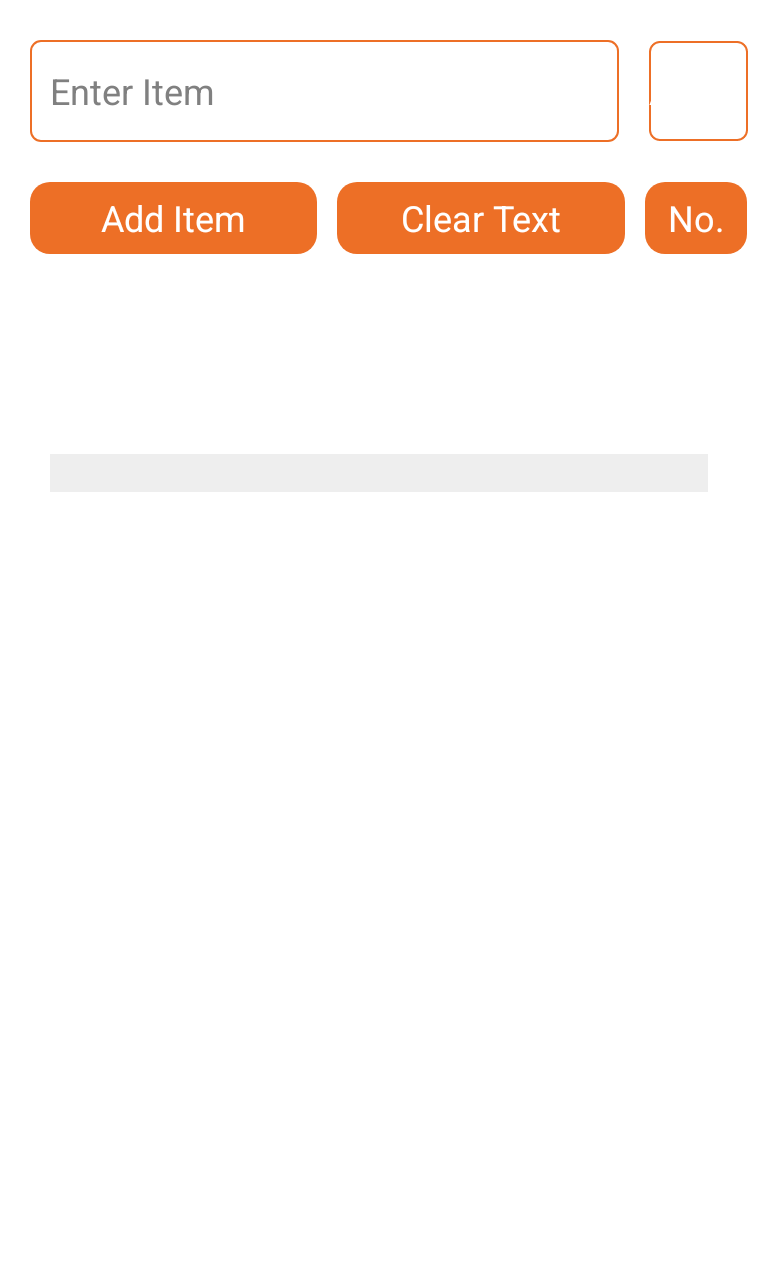
Repository: ianDervan/FYP_ShopSmart
Layout: FYP/ShopSmart/res/layout/activity_shopping_list.xml
These files come from the project's save history. The layout is drawn as it stood at one moment and after the next save; the edit follows.
It is drawn on a 768 x 1280 px phone screen (xhdpi) without system bars, with theme AppTheme; the app's code is not run.

Above is the layout before, as saved 2015-01-16 21:11:08.

After the next save:
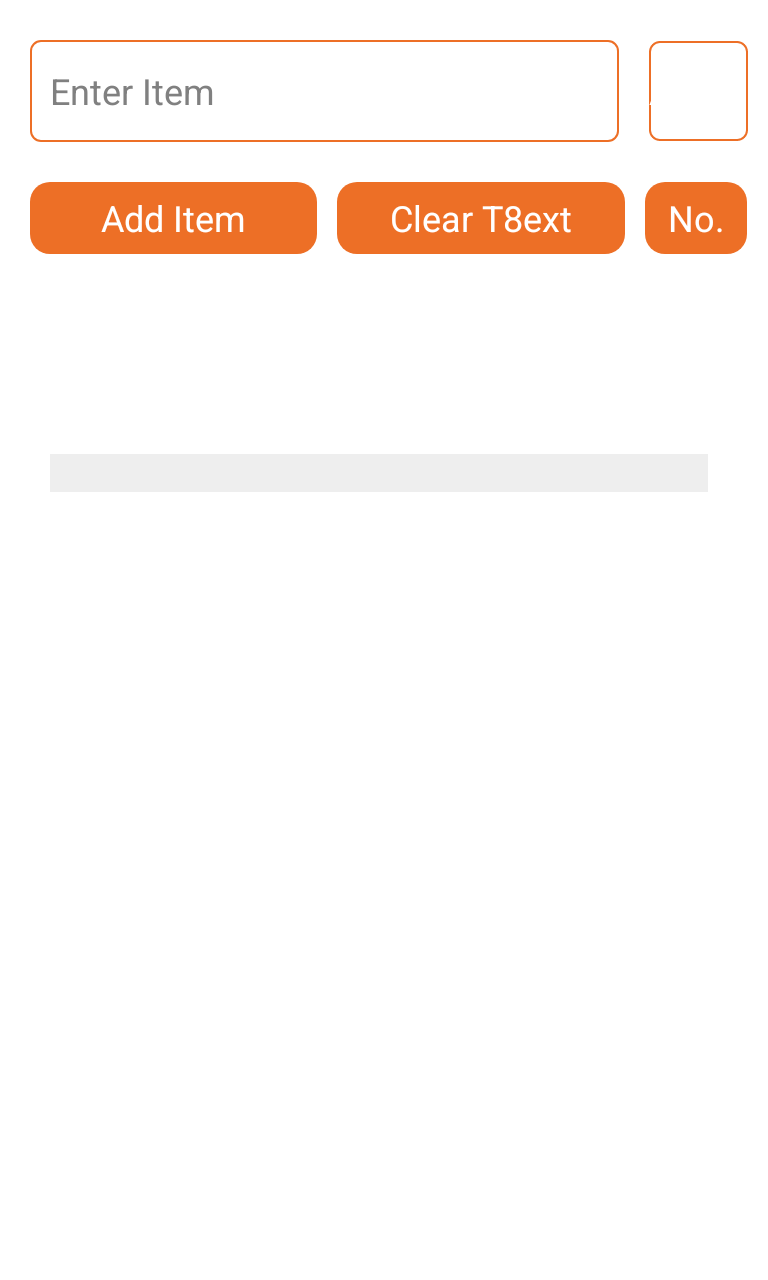
Saved 2 min 14 s later.
--- a/FYP/ShopSmart/res/layout/activity_shopping_list.xml
+++ b/FYP/ShopSmart/res/layout/activity_shopping_list.xml
@@ -31,6 +31,7 @@
             android:layout_marginTop="10dp"
             android:background="@drawable/customeditext"
             android:text="Add"
+            android:hint="#"
             android:textColor="#FFFFFF" />
     </LinearLayout>
 
@@ -52,14 +53,14 @@
             android:textColor="#FFFFFF" />
 
         <Button
-            android:id="@+id/Button01"
+            android:id="@+id/clearText"
             android:layout_width="0dp"
             android:layout_height="36dp"
             android:layout_weight="0.42"
             android:layout_marginLeft="10dp"
             android:layout_marginTop="10dp"
             android:background="@drawable/custombutton_lr"
-            android:text="Clear Text"
+            android:text="Clear T8ext"
             android:textColor="#FFFFFF" />
 
         <Button
